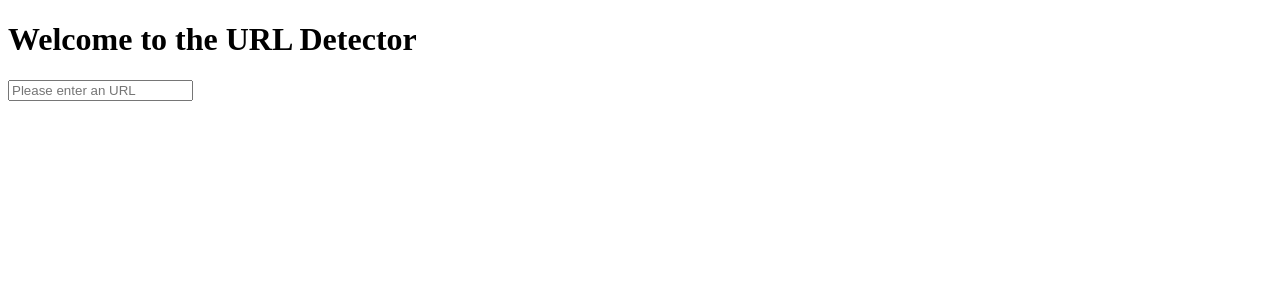
Repository: comendrun/starting-project
Page: src/main/resources/static/index.html
The author's editor kept a copy of each file at every save. The page is drawn from the files as they stood at one save, then again after the next save.
The browser window is 1280 px wide. The pictures show the whole page.

Above is the page before, as saved 2022-10-20 11:45:01.

After the next save:
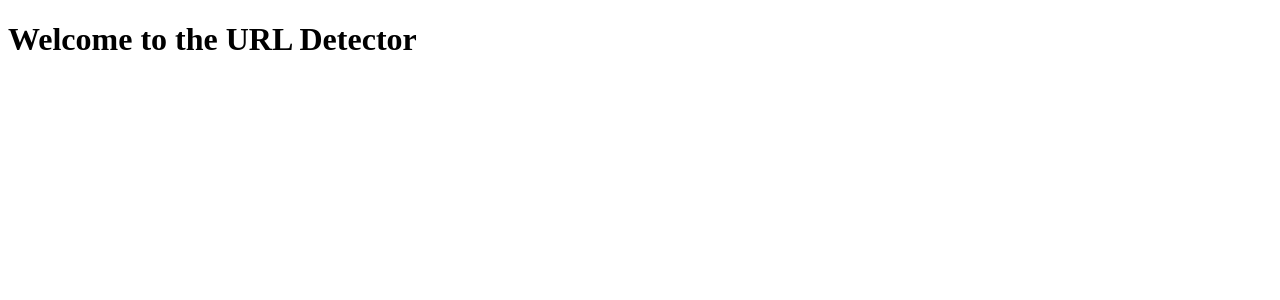
Saved 4 s later.
--- a/src/main/resources/static/index.html
+++ b/src/main/resources/static/index.html
@@ -12,6 +12,7 @@
   <body class="w-[100vw] min-h-[100vh]">
     <div class="w-full flex flex-col">
       <h1 class="text-center mx-auto">Welcome to the URL Detector</h1>
+      <label
       <input type="text" placeholder="Please enter an URL" />
     </div>
   </body>

After the save that followed:
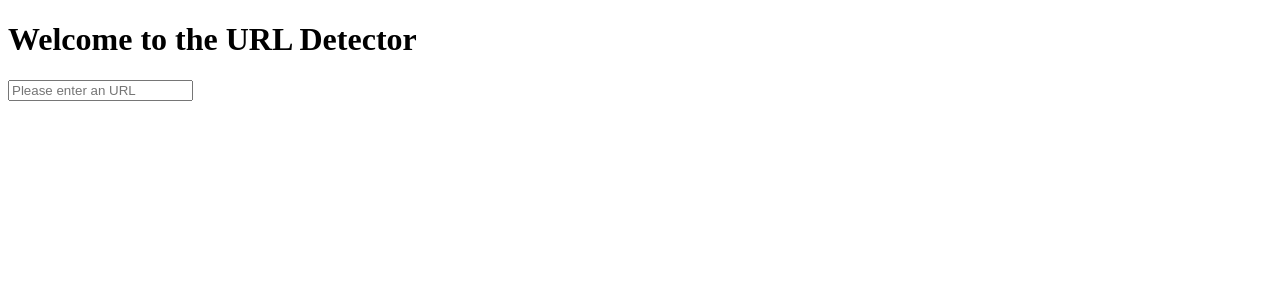
Saved 4 s later.
--- a/src/main/resources/static/index.html
+++ b/src/main/resources/static/index.html
@@ -12,8 +12,10 @@
   <body class="w-[100vw] min-h-[100vh]">
     <div class="w-full flex flex-col">
       <h1 class="text-center mx-auto">Welcome to the URL Detector</h1>
-      <label
-      <input type="text" placeholder="Please enter an URL" />
+      <label>
+
+          <input type="text" placeholder="Please enter an URL" />
+        </label>
     </div>
   </body>
 
